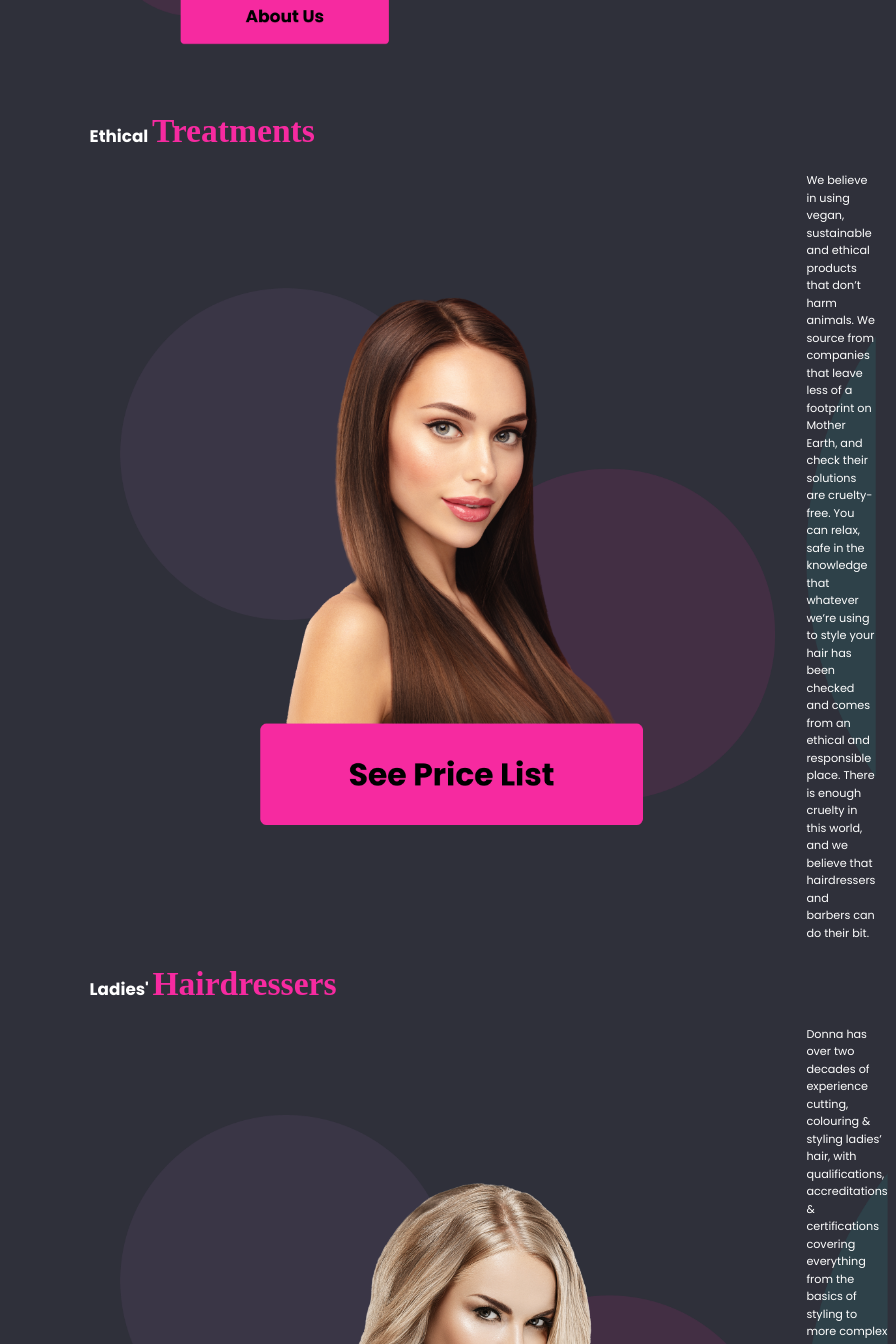
Repository: Troy-Bolt/verustroy-
Page: index.html
The author's editor kept a copy of each file at every save. The page is drawn from the files as they stood at one save, then again after the next save.
The browser window is 1280 px wide. The pictures show the part of the page from y = 556 to 2476 px (the page is 11639 px tall before and 11072 px after), at 70% of full size.
Backgrounds fixed to the window are drawn as part of the page. Some web fonts or font styles are not loaded; a fallback is used.

Above is the page before, as saved 2022-04-27 09:04:44.

### index.html
<!DOCTYPE html>
<html lang="en">

<head>
    <meta charset="UTF-8">
    <meta http-equiv="X-UA-Compatible" content="IE=edge">
    <meta name="viewport" content="width=device-width, initial-scale=1.0">
    <title>Verus Amor</title>
    <link rel="stylesheet" href="/CSS/style.css">
    <script defer src="navbar.js"></script>
    <link href="https://fonts.googleapis.com/icon?family=Material+Icons" rel="stylesheet">
</head>

<body>
    <header>
        <h1 class="logo"><a class="current" href="/index.html" class="homepage-link">Verus Amor Barbers & Salon</a></h1>
        <input type="checkbox" name="" id="nav-toggle" class="nav-toggle">
        <nav>
            <ul class="size">
                <li><a href="/treatments.html">Treatments & Prices</a></li>
                <li><a href="/team.html">Team & Salon</a></li>
                <li><a href="/contact.html">Contact Us</a></li>
            </ul>
        </nav>
        <label for="nav-toggle" class="nav-toggle-label">
            <span></span>
        </label>
    </header>
    <div class="container">
        <h1 id="top-space">More than just <span>Hair</span></h1>

        <div class="row">

           <a class="colb" href=""><img src="img/AboutUs.png" alt="" class="col"></a>
            <p class="test text col">Verus Amor translates to True Love, something we show everyday in our work. Every
                cut,
                every colour, every shave is done with the utmost love, care and attention to detail. We love what we
                do,
                and nothing makes us happier than seeing our clients walk out of our salon looking their best - proudly
                showing off their new hair style along with a beaming smile. This makes us proud. So if you need a trim
                or
                fancy a new look, come and let us take care of you.</p>
        </div>

        <h1>Ethical <span>Treatments</span></h1>
        <div class="row">

            <img src="img/EthTreatments.png" alt="">
            <p class="test text col left-side">We believe in using vegan, sustainable and ethical products that don’t harm
                animals. We
                source from companies that leave less of a footprint on Mother Earth, and check their solutions are
                cruelty-free. You can relax, safe in the knowledge that whatever we’re using to style your hair has been
                checked and comes from an ethical and responsible place. There is enough cruelty in this world, and we
                believe that hairdressers and barbers can do their bit.</p>
        </div>
        <h1>Ladies' <span>Hairdressers</span></h1>
        <div class="row">
            <img src="img/MeetDonna.png" alt="">
            <p class="test text col">
                Donna has over two decades of experience cutting, colouring & styling ladies’ hair, with qualifications,
                accreditations & certifications covering everything from the basics of styling to more complex
                treatments. Skilled in blended ombré style & free-hand painted balayage colour techniques, & certified
                for OLAPLEX bond-building technology, this senior stylist is highly skilled in modern and traditional
                hairdressing, offering bespoke service to each client.
            </p>
        </div>
        <h1>Gents' <span>Barber</span></h1>
        <div class="row">
            <img src="img/MeetCarl.png" alt="">
            <p class="test text col">
                Master Barber Carl has been crafting fresh, stylish looks for men since before the millennium, & has a
                wealth of experience to help his clients in the barber’s chair. Beards, nasal hair, eyebrows, sideburns,
                modern, classic & traditional hairstyles - whatever the hair, he’ll help you make the most of it &
                ensure you leave feeling like a new man. His purpose in life is to make men look & feel great, and there
                isn’t a style or technique he hasn’t mastered.
            </p>
        </div>
        <h1>Booking <span>Appointments</span></h1>
        <div class="row">
            <img src="img/ContactUs.png" alt="">
            <p class="test text col">
                We recommend booking appointments in advance, but we also welcome walk-ins. If you like to have your
                hair done regularly and prefer a certain day of the month then we can make you a regular appointment. If
                you don’t mind sitting in our waiting area while we take care of someone’s hair style, you can enjoy
                watching us do what we do best while sitting in our waiting area, enjoy looking through styling
                magazines or join-in with the conversation.
            </p>
        </div>
        <h1>Special <span>Offers</span></h1>
        <div class="row">
            <img src="img/OurOffers.png" alt="">
            <p class="test text col">
                We hope our service and the quality of our cuts and styling are enough to keep you coming back for more,
                but we also like to reward your loyalty, so we run a generous loyalty scheme. We also recognise that
                senior citizens have earned the right to some friendly pricing, while children generally have smaller
                heads and parents have limited budgets, so we provide special prices for children under 12, plus those
                lucky enough to be enjoying their pension.
            </p>
        </div>
        <h1>Specialist <span>Products</span></h1>
        <div class="row">
            <img src="img/Services&Prices.png" alt="">
            <p class="test text col">
                Experience teaches us that using premium products doesn’t have to cost a fortune, but makes a big
                difference to the quality and the desired outcome, so we source the very best products to help us do our
                job properly, and make you look amazing. We are accredited and trained on some of the world’s most
                exciting brands, including OLAPLEX, PULP RIOT and FUDGE. We use these products on you in the salon &
                barbers, also offering them to clients.
            </p>
        </div>
    </div>
    <div class="container">
        <img src="img/ProductBanner.png" alt="" class="full-width">
        <div class="full-width reviews">
            <div class="tests">
                <h1>Our <span>Reviews</span></h1>
            </div>
        </div>
        <div class="carousel">
            <div class="slider">
                <section class="test-1">Always a friendly, professional experience with good advice and prices</section>
                <section class="test-1">Great cut, priced reasonably and lovely people</section>
                <section class="test-1">my wife used the salon  & is very pleased with results</section>
                <section class="test-1">Very nice couple</section>
            </div>
            <div class="control">
                <span class="arrow left">
                    <i class="material-icons">
                        keyboard_arrow_left
                    </i>
                </span>
                <span class="arrow right">
                    <i class="material-icons">
                        keyboard_arrow_right
                    </i>
                </span>
                <ul>
                    <li class="selected"></li>
                    <li></li>
                    <li></li>
                    <li></li>
                </ul>
            </div>
        </div>
    </div>
    <div class="container">
        <h1>Get <span>Directions</span></h1>
        <div class="row">
            <img src="img/FindUs.png" alt="">
            <p class="test text col">
                Experience teaches us that using premium products doesn’t have to cost a fortune, but makes a big
                difference to the quality and the desired outcome, so we source the very best products to help us do our
                job properly, and make you look amazing. We are accredited and trained on some of the world’s most
                exciting brands, including OLAPLEX, PULP RIOT and FUDGE. We use these products on you in the salon &
                barbers, also offering them to clients.
            </p>
        </div>
    </div>
    <iframe
        src="https://www.google.com/maps/embed?pb=!1m14!1m8!1m3!1d2412.6754060766534!2d0.735687!3d52.792161!3m2!1i1024!2i768!4f13.1!3m3!1m2!1s0x0%3A0xb57b11c6038ff279!2sVerus%20Amor%20Barbers%20%26%20Ladies%20Salon!5e0!3m2!1sen!2suk!4v1649070369054!5m2!1sen!2suk"
        width="100%" height="600" style="border:0;" allowfullscreen="" loading="lazy"
        referrerpolicy="no-referrer-when-downgrade"></iframe>


    </div>

    <div class="footer">
    <div class="row">
        <div class="grid">
            <h1 class="grid-main">.</h1>
        </div>
        <div class="gridA">

            <span class="foot">Twitter</span>
            <span class="foot">Facebook</span>

        </div>


   </div>


<div class="row">
    <div class="gridS"></div>
    <div class="gridB">
        <p>01328 633037</p>
        <p>Verus Amor Barbers & Ladies Salon</p>
        <p>The Kiptons, Blenheim Square, West Raynham, NR21 7PA</p>
    </div>
</div>
</body>
<script src="carousel.js"></script>

</html>

### CSS/style.css
@import url('https://fonts.googleapis.com/css2?family=Poppins:ital,wght@0,100;0,200;0,300;0,400;0,500;0,600;0,700;0,800;0,900;1,100;1,200;1,300;1,400;1,500;1,600;1,700;1,800;1,900&family=WindSong:wght@400;500&display=swap');


*, *::before, *::after {
    box-sizing: border-box;
}

/* html,body {
    width: 100%;
    height: 100%;
    padding: 0;
    overflow-x: hidden;
} */

body {
    margin: 0;
    background-color: #2F303A;
    color: #fff;
    font-family: Poppins;
}

#top-space {
    margin-top: 2.6em;
}

.container {
    width: 80%;
    max-width: 1400px;
    margin: 0 auto;
}

h1 {
    font-size: 1.5rem;
}

span {
    color: #F62AA0;
    font-size: 3rem;
}

.test {

    background-image: url('/img/HomePageTextBubble.png');

}


img {
    max-width: 100%;
    width: 50%;
    object-fit:scale-down;
}


.text {
    align-self: center;
}

@media (min-width: 800px) {
    .row {
        display: flex;
        justify-content: space-between;
    }
}

@media (max-width: 800px) {
    img {
        width: 100%;
    }
}

.row img{
    flex:70%;
    width: 100%;
}

.row p {
  flex:90%
}
span {
    font-family: 'WindSong', cursive;
}

.full-width {
    width: 100%;
}

.footer {
    /* background-image: url('/img/Footer.png'); */
    width: 100%;
    background-size: contain;
    background-repeat: no-repeat ;
    /* padding-top: 2.5em; */
    /* padding: 2.5em; */
}

@import url('https://fonts.googleapis.com/icon?family=Material+Icons');

.carousel {
    height: 600px;
    overflow: hidden;
    position: relative;
    border-radius: 5px;
    box-shadow: 0 0 4px rgba(0, 0, 0, 0.2), 0 4px 10px rgba(0, 0, 0, 0.1);
  }
  .slider {
    display: flex;
    height: 100%;
    width: 400%;
  }
  .slider section {
    flex-basis: 100%;
    justify-content: center;
    align-items: center;
    display: flex;
    font-size: 20px;
  }
  .left, .right {
    position: absolute;
    top: 50%;
    transform: translateY(-50%);
    cursor: pointer;
  }
  .arrow i {
    font-size: 70px;
    -webkit-user-select: none;
    color: #CDCDCD;
  }
  .left {
    left: 10px;
  }
  .right {
    right: 10px;
  }
  .control ul {
    list-style: none;
    display: flex;
    position: absolute;
    bottom: 0;
    left: 50%;
    margin: 0;
    padding: 0;
    transform: translate(-50%);
  }
  .control ul li {
    width: 10px;
    height: 10px;
    background: #333;
    border: 2px solid #333;
    border-radius: 50px;
    margin: 10px;
    cursor: pointer;

  }
  .control ul li.selected {
    background: transparent;
  }

  .test-1 {
      background-image: url(../img/Choosing-1.png);
      background-repeat: no-repeat;
      background-attachment: fixed;
      background-size: cover;
  }


@media (max-width: 600px) {
    .test-1{
        padding-left:4rem;
        padding-right:2rem;
    }

    .test-2{
        padding-left:4rem;
        padding-right:2rem;
    }
}




.reviews h1 {
    margin: 0;
}


/* nav */

.logo {
    font-size: 1.5rem;
    }

    header {
        background: #202027;
        text-align: center;
        position: fixed;
        z-index: 999;
        width: 100%;
        top: 0;
    }

    .nav-toggle {
        display: none;
    }

    .nav-toggle-label {
        position: absolute;
        top: 0;
        left: 0;
        margin-left: 1em;
        height: 100%;
        display: flex;
        align-items: center;
    }

    .nav-toggle-label span,
    .nav-toggle-label span::before,
    .nav-toggle-label span::after {
        display: block;
        background: #fff;
        height: 2px;
        width: 0.4em;
        border-radius: 2px;
        position: relative;
    }

    .nav-toggle-label span::before,
    .nav-toggle-label span::after {
        content: '';
        position: absolute;
    }

    .nav-toggle-label span::before {
        bottom: 7px;
    }
    .nav-toggle-label span::after {
        top: 7px;
    }

    nav {
        position: absolute;
        text-align: left;
        top: 100%;
        left: 0;
        background: #202027;
        width: 100%;
        transform: scale(1, 0);
        transform-origin: top;
        transition: transform 400ms ease-in-out;
    }

    nav ul {
        margin: 0;
        padding: 0;
        list-style: none;
    }

    nav li {
        margin-bottom: 1em;
        margin-left: 1em;
    }

    nav a {
        color: white;
        text-decoration: none;
        font-size: 1rem;
        opacity: 0;
        transition: opacity 150ms ease-in-out;
    }

    nav a:hover {
    color: gold;
    }

    .current {
        color: #fff;
    }

    li a:is(:link,:active).active {
        background-color: #443144;
        padding: 1.5rem;
        color: #443144;
    }
    a:is(:link,:active).active {
        color: gold;
    }

    nav:visited{
        text-decoration: none;
    }

    .nav-toggle:checked ~ nav{
    transform: scale(1, 1);
    }

    .nav-toggle:checked ~ nav a {
        opacity: 1;
        transition: opacity 250ms ease-in-out 250ms;
    }

    @media screen and (min-width: 1000px) {
        .nav-toggle-label {
            display: none;
        }
        header {
            display: grid;
            grid-template-columns: 1fr auto minmax(600px, 3fr) 1fr;
        }
        .logo {
            grid-column: 2 / 3;
        }
        nav {
            all: unset;
            grid-column: 3 / 4;
            display: flex;
            justify-content: flex-end;
            align-items: center;
        }
        nav a {
            opacity: 1;
            position: relative;
        }
        nav a::before {
            content: ' ';
            display: block;
            height: 5px;
            background: #DFAF1F;
            position: absolute;
            top: -.75em;
            left: 0;
            right: 0;
            transform: scale(0, 1);
            transition: transform ease-in-out 250ms;
        }
        nav a:hover::before {
            transform: scale(1, 1);
        }
        nav ul {
            display: flex;
            justify-content: flex-end;
        }
        nav li {
            margin-left: 3em;
            margin-bottom: 0;
        }
    }

    @media (min-width: 1900px) {
    .logo {
        font-size: 3rem;
    }
    nav a {
        font-size: 1.5rem;
    }
}

    /* @media (min-width: 0px) {
        p { font-size: 1rem; }
        h4 { font-size: 1.5rem; }
        h3 { font-size: 2rem; }
        h2 {font-size: 2.5rem}
        h1 {font-size: 3rem}
        span { font-size: 5rem}
      }

      @media (min-width: 400px) {
        p { font-size: calc(1rem + 1vw); }
        h4 { font-size: calc(1.5rem + 1vw);}
        h3 { font-size: calc(2rem + 1vw);}
        h2 { font-size: calc(2.5rem + 1vw);}
        h1 { font-size: calc(3rem + 1vw);}
        span { font-size: calc(5rem + 1vw);}
      }

      @media (min-width: 1001px){
        p { font-size: 1.75rem; }
        h4 { font-size: 1.75; }
        h3 {font-size: 2.75rem;}
        h2 { font-size: 3.75rem;}
        h1 {font-size: 4.25rem;}
        span {font-size: 6.25rem;}
      } */


      .img-centered {
          width: 100%;
      }

      .space {
          margin-bottom: 4em;
      }

      .pink-text {
          font-size:6rem;
      }

      .footer-layout {
          display: grid;
          grid-auto-rows: repeat(3, 1fr);

      }

      .footer{
        background-image: url('/img/Footer.png');
        width: 100%;
        background-size: cover;
      }

   @media(max-width:400px){
       .footer{
        background-image: url('/img/Footer.png');
        width: 100%;
        background-size: contain;
       }
   }

      .foot{
          padding-left: 1.5rem;
          font-family: "poppins";
          color: white;
            font-size: 1.5rem;





      }


   .grid-main{
       font-size:2.5rem;
      padding-left: 4.5rem;
      margin-top: 6rem;




   }
   @media (max-width: 750px){
         .grid-main{
              font-size:1.5rem;
         }

   }

   /* .grid{
       width: 70%;
         float:left;

   }

   .gridA{
       width: 30%;
         float:left;

   } */

  .gridA{

  }


            @media screen and (min-width: 1000px) {
.gridA{
    width: 25%;
    float:left;
    /* padding-top: 2.5rem; */


}
          }



          .gridB{

        }


                  @media screen and (min-width: 1000px) {
      .gridB{
          width: 50%;
          float:left;
          padding-top: 2.5rem;
          text-align: right;
          padding-right: 6.5rem;


      }
                }

### navbar.js
const activePage = window.location.pathname;
// console.log(activePage);

const navLinks = document.querySelectorAll('nav a').
forEach(link => {
    console.log(link.href);
    if(link.href.includes(`${activePage}`)){

        link.classList.add('active');
    }
})

### carousel.js
const left = document.querySelector('.left');
const right = document.querySelector('.right');

const slider = document.querySelector('.slider');

const indicatorParent = document.querySelector('.control ul');
const indicators = document.querySelectorAll('.control li');
index = 0;

indicators.forEach((indicator, i) => {
  indicator.addEventListener('click', () => {
    document.querySelector('.control .selected').classList.remove('selected');
    indicator.classList.add('selected');
    slider.style.transform = 'translateX(' + (i) * -25 + '%)';
    index = i;

  });
});

left.addEventListener('click', function() {
  index = (index > 0) ? index -1 : 0;
  document.querySelector('.control .selected').classList.remove('selected');
  indicatorParent.children[index].classList.add('selected');
  slider.style.transform = 'translateX(' + (index) * -25 + '%)';
});

right.addEventListener('click', function() {
  index = (index < 4 - 1) ? index+1 : 3;
  document.querySelector('.control .selected').classList.remove('selected');
  indicatorParent.children[index].classList.add('selected');
  slider.style.transform = 'translateX(' + (index) * -25 + '%)';
});

After the next save:
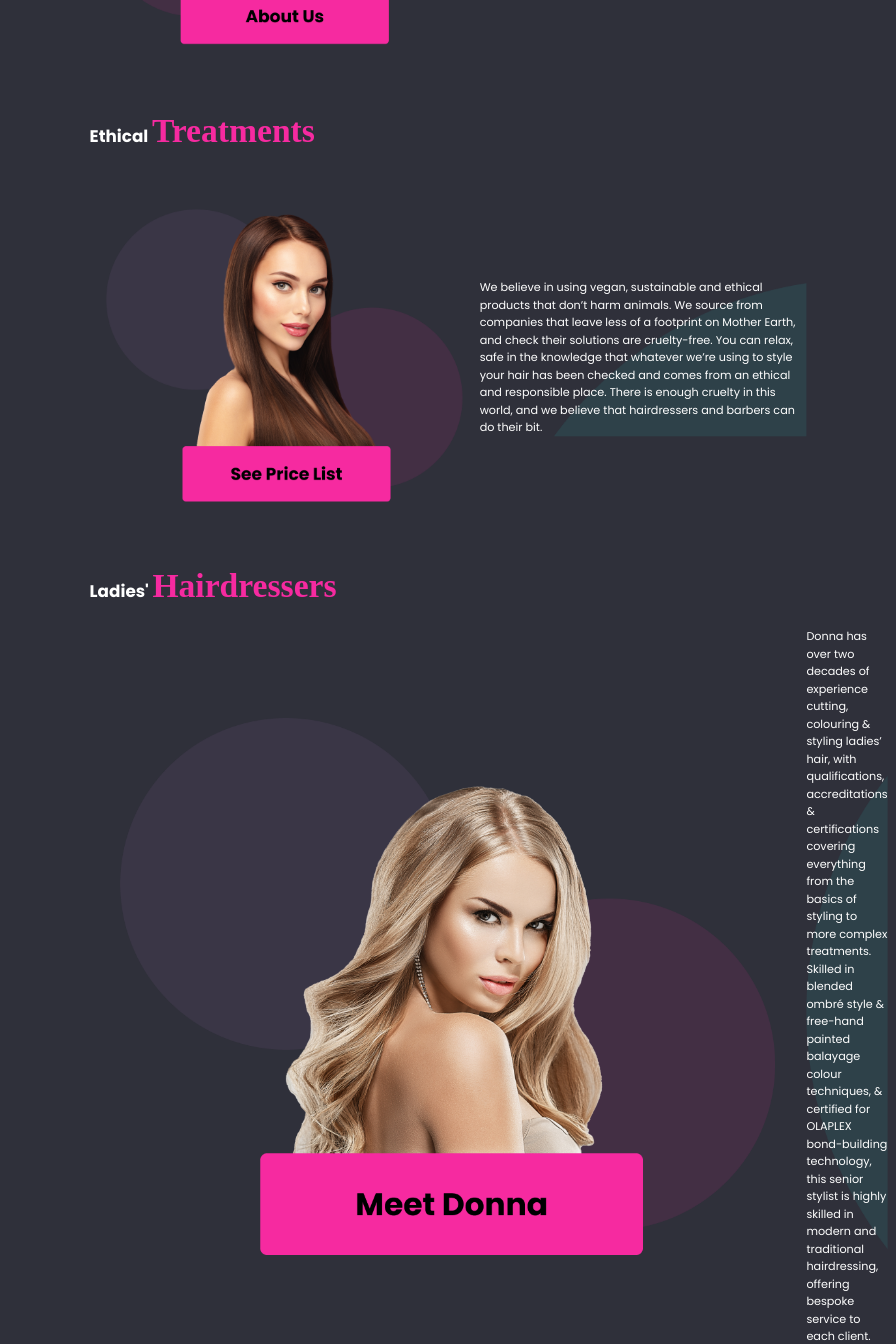
Saved 115 s later.
--- a/index.html
+++ b/index.html
@@ -45,7 +45,7 @@
         <h1>Ethical <span>Treatments</span></h1>
         <div class="row">
 
-            <img src="img/EthTreatments.png" alt="">
+            <a class="colb" href=""> <img src="img/EthTreatments.png" alt=""></a>
             <p class="test text col left-side">We believe in using vegan, sustainable and ethical products that don’t harm
                 animals. We
                 source from companies that leave less of a footprint on Mother Earth, and check their solutions are
